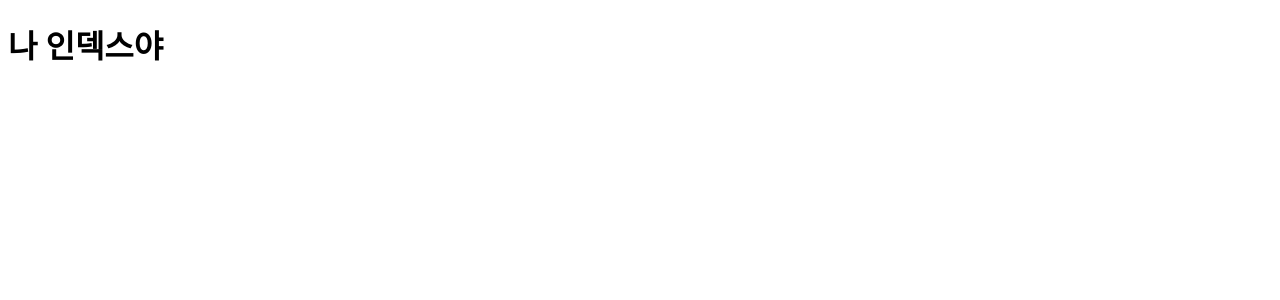
Repository: 704-A-Team/coffee
Page: oBootHello/src/main/resources/static/index.html
The author's editor kept a copy of each file at every save. The page is drawn from the files as they stood at one save, then again after the next save.
The browser window is 1280 px wide. The pictures show the whole page.

Above is the page before, as saved 2025-06-04 07:49:43.

### oBootHello/src/main/resources/static/index.html
<!DOCTYPE html>
<html>
<head>
<meta charset="UTF-8">
<title>Insert title here</title>
</head>
<body>
	<h1>나 인덱스야</h1>
</body>
</html>

After the next save:
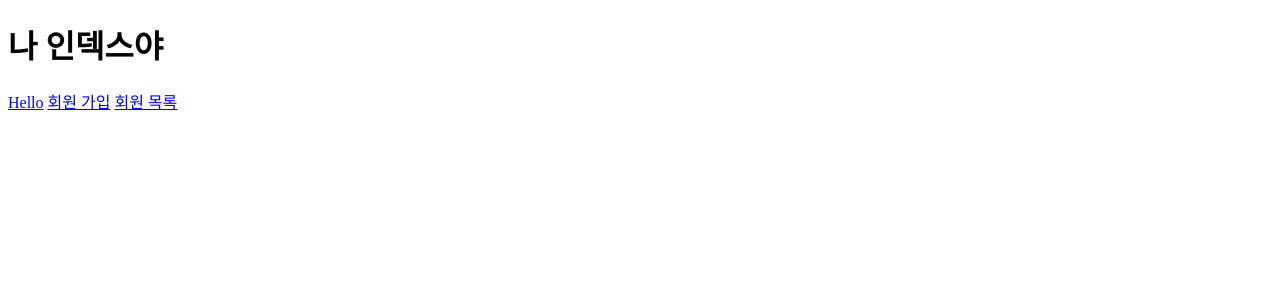
Saved 17 h 26 min later.
--- a/oBootHello/src/main/resources/static/index.html
+++ b/oBootHello/src/main/resources/static/index.html
@@ -6,5 +6,8 @@
 </head>
 <body>
 	<h1>나 인덱스야</h1>
+	<a href="/hello">Hello</a>
+	<a href="/members/memberForm">회원 가입</a>
+	<a href="/members/memberList">회원 목록</a>
 </body>
 </html>
